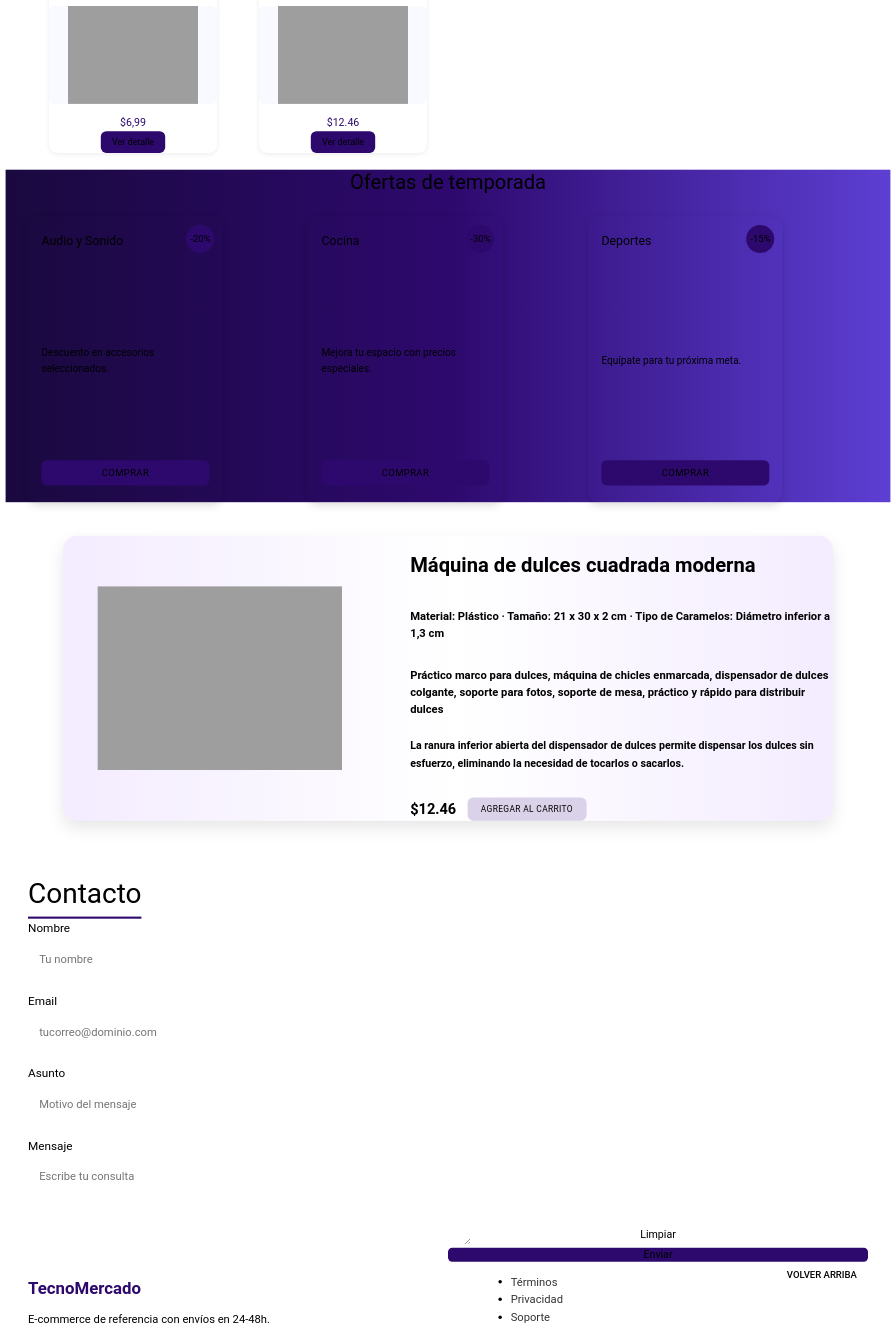
Repository: aryacarpavila/lab02_web
Page: index.html
These files come from the project's save history. The page is drawn as it stood at one moment and after the next save; the edit follows.
The browser window is 1280 px wide. The pictures show the part of the page from y = 1008 to 2928 px (the page is 2928 px tall), at 70% of full size.
Pictures or frames that could not be fetched are drawn as grey boxes.

Above is the page before, as saved 2025-11-12 09:32:33.

### index.html
<!DOCTYPE html>
<html lang="es">
  <head>
    <meta charset="utf-8" />
    <meta name="viewport" content="width=device-width, initial-scale=1" />
    <meta name="description" content="TecnoMercado · Laboratorio 2" />
    <title>TecnoMercado · Plantilla (Lab 2)</title>

    <link rel="stylesheet" href="assets/css/base.css">
    <link rel="stylesheet" href="assets/css/layout.css">
    <link rel="stylesheet" href="assets/css/components.css">
    <link rel="stylesheet" href="assets/css/animations.css">
    <style>
      .text-center {
        text-align: center;
      }
    </style>
  </head>
  <body>
    <!-- HEADER: site branding and primary navigation -->
    <header role="banner">
      <div>
        <a href="#">TecnoMercado</a>
        <nav>
          <ul>
            <li><a href="#inicio">Inicio</a></li>
            <li><a href="#catalogo">Catálogo</a></li>
            <li><a href="#ofertas">Ofertas</a></li>
            <li><a href="#producto">Producto</a></li>
            <li><a href="#contacto">Contacto</a></li>
          </ul>
        </nav>
      </div>
    </header>

    <!-- MAIN: page content wrapper -->
    <main role="main">
      <!-- HERO: landing intro and promotional notice -->
      <section>
        <div>
          <div>
            <h1>Tu mercado digital</h1>
            <p>Explora productos a buen precio con una experiencia fluida y accesible.</p>
            <a href="#catalogo" class="boton">Ver catálogo</a>
          </div>
          <div></div>
        </div>
        <div class="text-center">Envíos gratis en compras superiores a $50</div>
      </section>

      <!-- CATALOG: category links and featured products grid -->
      <section>
        <section class="elemento-destacado">
            <div class="container">
              <h2>Catálogo destacado</h2>
              <ul class="categorias">
                <li><a href="#">Electrónica</a></li>
                <li><a href="#">Hogar</a></li>
                <li><a href="#">Ropa</a></li>
                <li><a href="#">Deportes</a></li>
              </ul>
            </div>
        </section>
          <div>
            <article tabindex="0">
              <div></div>
              <div>
                <h3>Ventilador de Mesa Damasco 12'</h3>
                <img src="https://damasco.vtexassets.com/arquivos/ids/157553-1200-auto?v=638961572051200000&width=1200&height=auto&aspect=true" alt="Ventilador Damasco" width="300">
                <p>$27,55</p>
                <button>Ver detalle</button>
              </div>
            </article>
            <article tabindex="0">
              <div></div>
              <div>
                <h3>Colchon Venus 140X190</h3>
                <img src="https://damasco.vtexassets.com/arquivos/ids/156653-1200-auto?v=638603201011270000&width=1200&height=auto&aspect=true" alt="Colchon" width="300">
                <p>$448,40</p>
                <button>Ver detalle</button>
              </div>
            </article>
            <article tabindex="0">
              <div></div>
              <div>
                <h3>Utensilio De Cocina 6Pcs</h3>
                <img src="https://damasco.vtexassets.com/arquivos/ids/156211-1200-auto?v=638524394013470000&width=1200&height=auto&aspect=true" alt="Utensilios" width="300">
                <p>$11,40</p>
                <button>Ver detalle</button>
              </div>
            </article>
            <article tabindex="0">
              <div></div>
              <div>
                <h3>Juego de Mesa y Sillas para Exteriores 904 Andic</h3>
                <img src="https://totalmundo.vtexassets.com/arquivos/ids/188250-1600-auto?v=638708155339070000&width=1600&height=auto&aspect=true" alt="Juego de mesas" width="300">
                <p>$89,99</p>
                <button>Ver detalle</button>
              </div>
            </article>
            <article tabindex="0">
              <div></div>
              <div>
                <h3>Cesta Circular para Ropa Andic BK59</h3>
                <img src="https://totalmundo.vtexassets.com/arquivos/ids/184221-1600-auto?v=638676304923270000&width=1600&height=auto&aspect=true" alt="Cesta de ropa" width="300">
                <p>$6,99</p>
                <button>Ver detalle</button>
              </div>
            </article>
            <article tabindex="0">
              <div></div>
              <div>
                <h3>Máquina de dulces cuadrada moderna</h3>
                <img src="https://ae01.alicdn.com/kf/S90d94c095b9e4ca5ae8318b18da998542.jpg" alt="Maquina de dulces" width="300">
                <p>$12.46</p>
                <button>Ver detalle</button>
              </div>
            </article>
          </div>
        </div>
      </section>

      <!-- OFFERS: seasonal deals and promotions -->
      <section class="ofertas-temporada">
        <div class="ofertas-container">
          <h2>Ofertas de temporada</h2>

          <div class="ofertas-grid">
            <article class="oferta-card">
          <div class="oferta-descuento">-20%</div>
            <h3>Audio y Sonido</h3>
            <p>Descuento en accesorios seleccionados.</p>
            <button class="boton">Comprar</button>
          </article>

        <article class="oferta-card">
          <div class="oferta-descuento">-30%</div>
          <h3>Cocina</h3>
          <p>Mejora tu espacio con precios especiales.</p>
          <button class="boton">Comprar</button>
        </article>

        <article class="oferta-card">
          <div class="oferta-descuento">-15%</div>
          <h3>Deportes</h3>
          <p>Equípate para tu próxima meta.</p>
          <button class="boton">Comprar</button>
        </article>
      </div>
    </div>
  </section>


      <!-- PRODUCTO DESTACADO -->
      <section class="producto-destacado">
          <div class="producto-destacado__imagen">
              <img src="https://ae01.alicdn.com/kf/S90d94c095b9e4ca5ae8318b18da998542.jpg" alt="Máquina de dulces cuadrada moderna">
          </div>
        <div class="producto-destacado__info">
            <h2>Máquina de dulces cuadrada moderna</h2>
            <p>Material: Plástico · Tamaño: 21 x 30 x 2 cm · Tipo de Caramelos: Diámetro inferior a 1,3 cm</p>
            <p>
              Práctico marco para dulces, máquina de chicles enmarcada, dispensador de dulces colgante, soporte para fotos,
              soporte de mesa, práctico y rápido para distribuir dulces
            </p>
        <ul>
          <li>La ranura inferior abierta del dispensador de dulces permite dispensar los dulces sin esfuerzo,
              eliminando la necesidad de tocarlos o sacarlos.</li>
        </ul>
        <div class="producto-destacado__acciones">
            <span class="precio">$12.46</span>
          <button class="boton">Agregar al carrito</button>
        </div>
      </div>
      </section>


      <!-- CONTACT: contact form -->
      <section class="elemento-destacado">
        <div class="container">
        <h2>Contacto</h2>
        <form action="#" method="post" class="form-contacto">
          <div class="form-grid">
            <div>
              <label for="nombre">Nombre</label>
              <input id="nombre" name="nombre" type="text" placeholder="Tu nombre" />
            </div>
            <div>
              <label for="email">Email</label>
              <input id="email" name="email" type="email" placeholder="tucorreo@dominio.com" />
            </div>
            <div class="columna-completa">
              <label for="asunto">Asunto</label>
              <input id="asunto" name="asunto" type="text" placeholder="Motivo del mensaje" />
            </div>
            <div class="columna-completa">
              <label for="mensaje">Mensaje</label>
              <textarea id="mensaje" name="mensaje" rows="5" placeholder="Escribe tu consulta"></textarea>
            </div>
          </div>

          <div class="botones">
            <button type="reset" class="btn-limpiar">Limpiar</button>
            <button type="submit" class="btn-enviar">Enviar</button>
          </div>
        </form>
      </section>
    </main>

    <!-- FOOTER: site footer with secondary navigation -->
    <footer role="contentinfo">
      <div class="footer-contenedor">
        <div class="footer-info">
          <h3>TecnoMercado</h3>
          <p>E-commerce de referencia con envíos en 24-48h.</p>
        </div>

        <nav class="footer-nav" aria-label="Secundaria">
          <ul>
            <li><a href="#">Términos</a></li>
            <li><a href="#">Privacidad</a></li>
            <li><a href="#">Soporte</a></li>
          </ul>
        </nav>

        <div class="footer-volver">
          <a href="#inicio" class="volver-arriba">Volver arriba</a>
        </div>
      </div>
    </footer>
  </body>
</html>

### assets/css/base.css
/*

 * Sector: Hogar
 * Tipografía: Opción Roboto
 * Justificación: El Morado (elegancia) y el Gris (neutralidad) aportan una sensación de
 * confort y sofisticación, ideal para el diseño de interiores moderno. La fuente Roboto
 * garantiza legibilidad y un look limpio.
 */
:root {


    --color-primary: #2D096D;       /* Morado Oscuro (Base - Para acciones y títulos) */
    --color-secondary: #D9D2E9;     /* Lavanda Claro (Terciario - Para fondos y hover sutil) */
    --color-tertiary: #5D3FD3;      /* Violeta Medio (Para acentos y enlaces) */


    --color-background: #FFFFFF;    /* Fondo Blanco puro o #ECECEC de tu código */
    --color-surface: #F8F8F8;       /* Fondo de tarjetas (Sutilmente gris) */

    --color-text-primary: #000000;  /* Texto Principal (Negro para legibilidad) */
    --color-text-on-primary: #FFFFFF; /* Texto sobre color primario (¡BLANCO para el botón!) */

    --space-unit: 8px;
    --space-xs: calc(0.5 * var(--space-unit));
    --space-sm: var(--space-unit);
    --space-md: calc(2 * var(--space-unit));
    --space-lg: calc(3 * var(--space-unit));
    --space-xl: calc(5 * var(--space-unit));

    --border-radius: 6px;
    --shadow-md: 0 4px 8px rgba(0, 0, 0, 0.1); /* Sombra para tarjetas */
    --container-max-width: 1200px;

    --font-size-base: 1rem;
    --font-size-h1: clamp(2.5rem, 6vw + 1rem, 4rem);
    --font-size-h2: clamp(1.75rem, 4vw + 1rem, 2.5rem);
    --font-size-h3: clamp(1.25rem, 2vw + 1rem, 1.75rem);
    --line-height-base: 1.6;
}

body {
    /* Tipografía Roboto */
    font-family: "Roboto";
    line-height: var(--line-height-base);
    color: var(--color-text-primary);
    background-color: var(--color-background);
    font-size: var(--font-size-base);
}

h1, h2, h3 {
    line-height: 1.2;
    margin-bottom: var(--space-md);
    font-weight: 600;
    color: var(--color-primary); /* Color primario para títulos */
}

h1 {
    font-size: var(--font-size-h1);
}

h2 {
    font-size: var(--font-size-h2);
}

h3 {
    font-size: var(--font-size-h3);
}

p {
    margin-bottom: var(--space-sm);
}

:focus-visible {
    outline: 3px solid var(--color-focus);
    outline-offset: 3px;
    border-radius: var(--border-radius);
}

a {
    color: var(--color-tertiary); /* Color de acento para enlaces */
    text-decoration: none;
    transition: color 0.2s ease-in-out;
}

a:hover {
    color: var(--color-primary);
    text-decoration: underline;
}

img {
    max-width: 100%;
    height: auto;
    display: block;
}

input, textarea, button {
    font-family: inherit;
    font-size: var(--font-size-base);
}

### assets/css/components.css
/*
  components.css
  - Botones (primario, outline), estados hover/focus
  - Cards de producto y ofertas, sombras y radios
  - Listas de categorías y enlaces auxiliares
  - Formulario de contacto: inputs, labels, textarea, validaciones
  - Selectores de atributo, pseudo-clases y pseudo-elementos
*/

header nav a {
  /* Estilo para los enlaces de navegación */
  color: var(--color-text);
  font-weight: var(--font-weight-regular);
  text-transform: uppercase;
  padding: var(--spacing-xs) 0;
  border-bottom: 2px solid transparent;
}

header nav a:hover {
  color: var(--color-primary);
  border-bottom: 2px solid var(--color-primary);
  text-decoration: none;
}

article:hover {
  transform: translateY(-4px);
  box-shadow: 0 4px 16px rgba(0, 0, 0, 0.12);
}

.hero-section {
  padding: var(--spacing-lg) var(--spacing-md);
  background-color: var(--color-background-dark);
}

.hero-wrapper {
  max-width: 1200px;
  margin: 0 auto;
  display: grid;
  grid-template-columns: 1fr 1fr;
  gap: var(--spacing-lg);
  align-items: center;
}

.hero-content h1 {
  font-size: clamp(2rem, 5vw, 4rem);
  color: var(--color-text);
  margin-bottom: var(--spacing-sm);
  text-align: left;
}

article img {
  width: 100%;
  height: 140px;
  object-fit: contain;
  margin-bottom: var(--spacing-sm);
  background-color: #f8faff;
  border-radius: 8px;
}

footer a {
    color: var(--color-white);
}

.boton {
    background-color: var(--color-primary);
    color: var(--color-white);
    border: none;
    font-weight: var(--font-weight-bold);
    text-transform: uppercase;
    text-decoration: none;
    cursor: pointer;
    display: inline-block;
    font-size: 0.75rem;
    padding: 0.5rem 0.8rem;
    border-radius: var(--border-radius, 4px);
    transition: background-color 0.3s ease;
}

.boton:hover,
.boton:focus {
    background-color: var(--color-secondary);
    color: var(--color-white);
}

/* Título del producto */
article h3 {
  font-size: 1rem;
  color: var(--color-text);
  margin-top: var(--spacing-sm);
  margin-bottom: 0.4rem;
  font-weight: var(--font-weight-bold);
}

/* Precio */
article p {
  font-size: 0.95rem;
  font-weight: var(--font-weight-bold);
  color: var(--color-primary);
  margin-bottom: var(--spacing-sm);
}

article button {
  background-color: var(--color-primary);
  border: 1px solid var(--color-background-dark);
  color: var(--color-white);
  padding: 0.5rem 1rem;
  font-size: 0.8rem;
  border-radius: 8px;
  cursor: pointer;
  transition: all 0.2s ease;
}

article button:hover {
  background-color: var(--color-secondary);
  border-color: var(--color-primary);
}


/* === BOTONES PRINCIPALES === */
.boton {
  display: inline-block;
  background-color: var(--color-primary);
  color: var(--color-white);
  padding: 0.6rem 1.2rem;
  border-radius: 8px;
  text-transform: uppercase;
  font-weight: var(--font-weight-bold);
  letter-spacing: 0.5px;
  transition: background-color 0.3s ease;
}

.boton:hover {
  background-color: var(--color-secondary);
}

/* === OFERTAS DE TEMPORADA === */
.ofertas-temporada {
  background: linear-gradient(90deg,rgba(26, 9, 63, 1) 0%, rgba(45, 9, 109, 1) 50%, rgba(93, 63, 211, 1) 100%);
  padding: var(--spacing-lg) var(--spacing-md);
  color: var(--color-white);
}

.ofertas-container {
  max-width: 1200px;
  margin: 0 auto;
  text-align: center;
}

.ofertas-container h2 {
  font-size: 1.8rem;
  font-weight: var(--font-weight-bold);
  margin-bottom: 2rem;
  color: var(--color-white);
}


/* === TARJETAS === */
.oferta-card {
  position: relative;
  background-color: var(--color-white);
  color: var(--color-text);
  border-radius: 16px;
  padding: 1.5rem 1.2rem;
  text-align: left;
  box-shadow: 0 4px 12px rgba(0, 0, 0, 0.15);
  transition: transform 0.25s ease, box-shadow 0.25s ease;
}

.oferta-card:hover {
  transform: translateY(-6px);
  box-shadow: 0 8px 20px rgba(0, 0, 0, 0.25);
}

.oferta-card h3 {
  font-size: 1.1rem;
  font-weight: var(--font-weight-bold);
  margin-bottom: 0.5rem;
}

.oferta-card p {
  font-size: 0.9rem;
  color: var(--color-text);
  margin-bottom: 0.2rem;
}

.oferta-card .boton:hover {
  background-color: var(--color-secondary);
}

.producto-destacado {
  display: flex;
  align-items: center;
  justify-content: center;
  gap: 3rem;
  background: linear-gradient(90deg,rgba(213, 184, 255, 0.27) 0%, rgba(255, 255, 255, 1) 51%, rgba(213, 184, 255, 0.27) 100%);
  border-radius: 20px;
  margin: 3rem auto;
  max-width: 1100px;
  box-shadow: 0 10px 25px rgba(0, 0, 0, 0.1);
}

.producto-destacado__imagen {
  flex: 0 0 400px;
  display: flex;
  justify-content: center;
  align-items: center;
  background: transparent;
  border-radius: 16px;
  padding: 1.5rem;
}

.producto-destacado__imagen img {
  width: 350px;
  height: 350px;
  object-fit: contain;
  border-radius: 12px;
}

.producto-destacado__info {
  flex: 1;
  display: flex;
  flex-direction: column;
  justify-content: center;
  gap: 0.8rem;
}

.producto-destacado__info h2 {
  font-size: 1.8rem;
  font-weight: bold;
  color: var(--color-text);
}

.producto-destacado__info p {
  font-size: 1rem;
  line-height: 1.5;
  font-weight: bold;
  color: var(--color-text);
}

.producto-destacado__info ul {
  list-style: none;
  padding: 0;
  font-weight: bold;
  margin: 0.5rem 0;
}

.producto-destacado__info li {
  font-size: 0.95rem;
  color: var(--color-text);;
}

@media (max-width: 900px) {
  .producto-destacado {
    flex-direction: column;
    text-align: center;
  }

  .producto-destacado__info {
    text-align: center;
  }
}

footer nav ul a {
    color: var(--color-white);
    opacity: 0.8;
    transition: opacity 0.2s;
}

footer nav ul a:hover {
    opacity: 1;
    text-decoration: underline;
}

footer > div > div:last-child a {
    background-color: transparent;
    color: var(--color-white);
    border: 1px solid var(--color-white);
    cursor: pointer;
    font-weight: 500;
    text-transform: uppercase;
    font-size: 0.85rem;
    padding: 0.5rem 1rem;
    border-radius: var(--border-radius-sm);
    transition: all 0.2s;
    display: inline-block;
}

footer > div > div:last-child a:hover {
    background-color: var(--color-background-dark);
    text-decoration: none;
}


/* Contenedor de botones: alineación a la derecha */
.form-contacto .botones {
    /* Es un contenedor flex independiente y sigue alineado a la derecha */
    display: flex;
    justify-content: flex-end;
    /* MODIFICADO: Cambiamos el gap (margen entre botones) a 0.55rem */
    gap: 0.55rem;
    margin-top: 1.5rem;
    /* ¡Asegura que este div sea el único flex container de esta fila! */
}

/* Estilos comunes a ambos botones */
.form-contacto .botones button {
    font-size: 0.95rem;
    /* El padding de 0.6rem 1rem asegura que el botón tenga el tamaño del texto más un margen */
    padding: 0.6rem 1rem;
    /* Aumentamos el border-radius para que sean LIGERAMENTE MÁS REDONDEADOS */
    border-radius: 6px;
    cursor: pointer;
    font-weight: var(--font-weight-semibold);
    transition: all 0.2s ease;
    text-transform: capitalize;
    /* Estas propiedades ya aseguran que el botón se ajuste al contenido del texto */
    width: auto;
    flex-shrink: 0;
}

/* 🔵 Botón "Enviar" (.btn-enviar) */
.form-contacto .btn-enviar {
    background-color: var(--color-primary);
    color: var(--color-white);
    border: none;
}

.form-contacto .btn-enviar:hover {
    background-color: var(--color-secondary);
    box-shadow: 0 2px 5px rgba(52, 136, 247, 0.3);
}

/* ⚪ Botón "Limpiar" (.btn-limpiar) */
.form-contacto .btn-limpiar {
    background-color: var(--color-white);
    color: var(--color-text-light);
    border: 1px solid var(--border-color-input);
    font-weight: 500;
}

.form-contacto .btn-limpiar:hover {
    background-color: #fcfcfc;
    border-color: #bbbbbb;
}

### assets/css/animations.css
/*
  animations.css
  - Transiciones para hover/focus de botones, cards y enlaces
  - @keyframes para badges u otros elementos (p. ej., pulse, fadeInUp)
  - Transformaciones suaves (scale/translate) y timings accesibles
*/

Loaded but not shown: assets/css/layout.css (381 lines, source omitted)

After the next save:
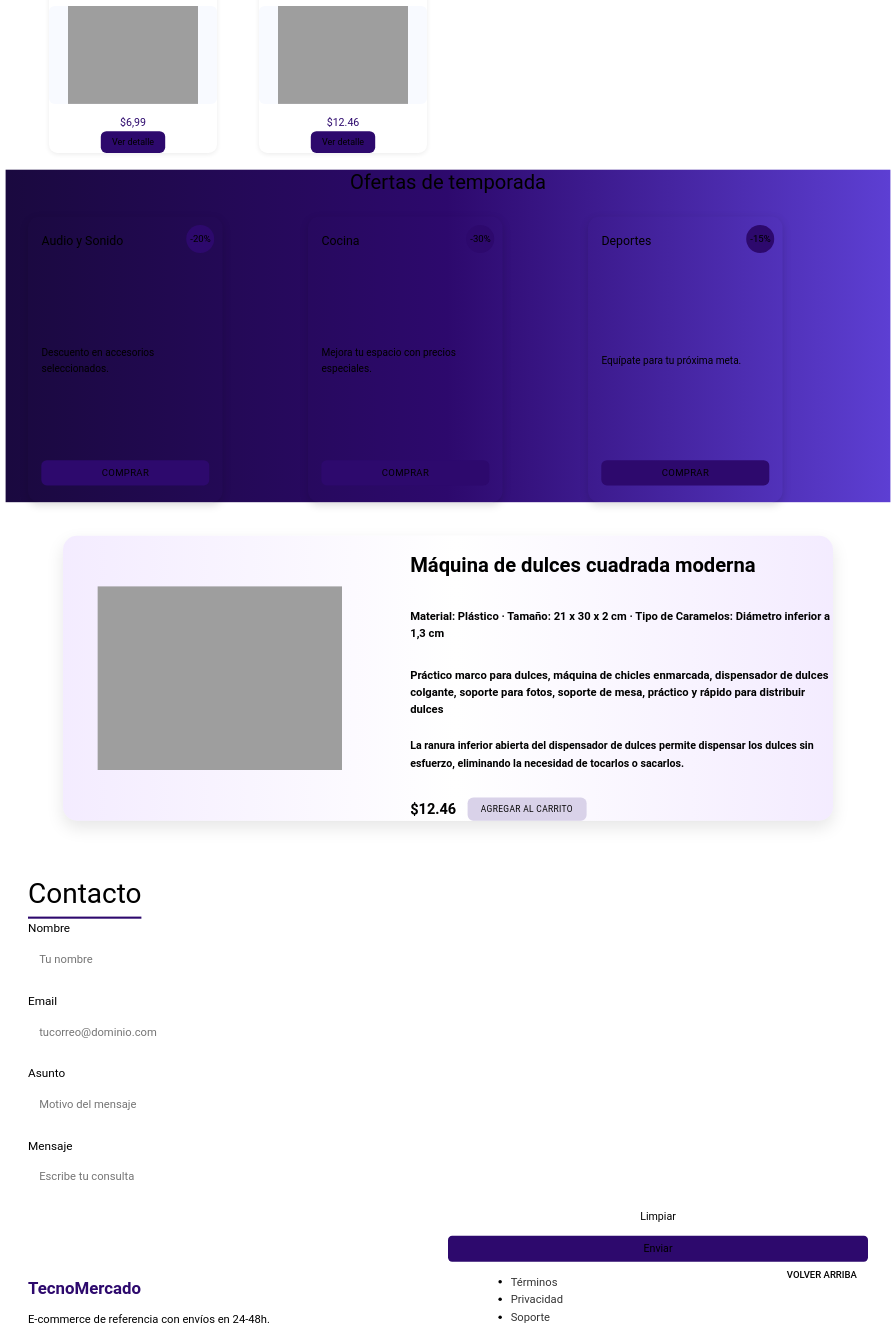
Saved 110 s later.
--- a/assets/css/components.css
+++ b/assets/css/components.css
@@ -290,35 +290,25 @@ footer > div > div:last-child a:hover {
     text-decoration: none;
 }
 
-
-/* Contenedor de botones: alineación a la derecha */
 .form-contacto .botones {
-    /* Es un contenedor flex independiente y sigue alineado a la derecha */
     display: flex;
     justify-content: flex-end;
-    /* MODIFICADO: Cambiamos el gap (margen entre botones) a 0.55rem */
     gap: 0.55rem;
     margin-top: 1.5rem;
-    /* ¡Asegura que este div sea el único flex container de esta fila! */
-}
-
-/* Estilos comunes a ambos botones */
+}
+
 .form-contacto .botones button {
     font-size: 0.95rem;
-    /* El padding de 0.6rem 1rem asegura que el botón tenga el tamaño del texto más un margen */
     padding: 0.6rem 1rem;
-    /* Aumentamos el border-radius para que sean LIGERAMENTE MÁS REDONDEADOS */
     border-radius: 6px;
     cursor: pointer;
     font-weight: var(--font-weight-semibold);
     transition: all 0.2s ease;
     text-transform: capitalize;
-    /* Estas propiedades ya aseguran que el botón se ajuste al contenido del texto */
     width: auto;
     flex-shrink: 0;
 }
 
-/* 🔵 Botón "Enviar" (.btn-enviar) */
 .form-contacto .btn-enviar {
     background-color: var(--color-primary);
     color: var(--color-white);
@@ -327,10 +317,9 @@ footer > div > div:last-child a:hover {
 
 .form-contacto .btn-enviar:hover {
     background-color: var(--color-secondary);
-    box-shadow: 0 2px 5px rgba(52, 136, 247, 0.3);
-}
-
-/* ⚪ Botón "Limpiar" (.btn-limpiar) */
+    box-shadow: 0 2px 5px var(--color-background-dark);
+}
+
 .form-contacto .btn-limpiar {
     background-color: var(--color-white);
     color: var(--color-text-light);
@@ -339,6 +328,6 @@ footer > div > div:last-child a:hover {
 }
 
 .form-contacto .btn-limpiar:hover {
-    background-color: #fcfcfc;
-    border-color: #bbbbbb;
-}
+    background-color: var(--color-terciary);
+    border-color: var(--color-background-dark);
+}
